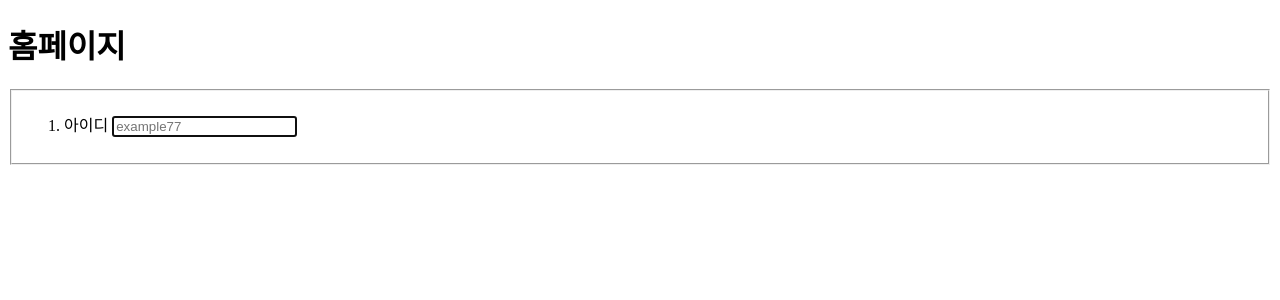
Repository: Cheol-Cheol/KOSA
Page: Kcc_web/Html/WebContent/form.html
An editor plug-in stored every save of this project. The page is shown before and after the next save, followed by the edit.
The browser window is 1280 px wide. The pictures show the whole page.

Above is the page before, as saved 2024-07-08 05:50:25.

After the next save:
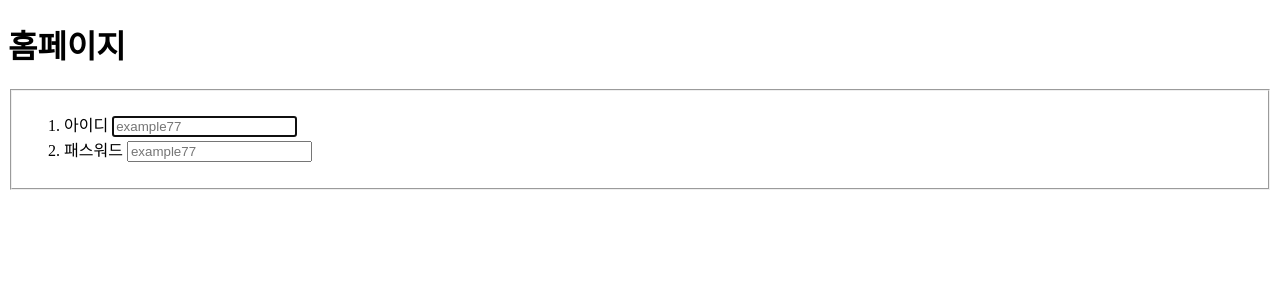
Saved 16 min 55 s later.
--- a/Kcc_web/Html/WebContent/form.html
+++ b/Kcc_web/Html/WebContent/form.html
@@ -10,7 +10,11 @@
 		<fieldset>
 			<ol>
 				<li><label for="id">아이디</label> <input type="text"
-					name="userId" id="id" autofocus="autofocus" placeholder="example77"/></li>
+					name="userId" id="id" autofocus="autofocus" placeholder="example77" />
+				</li>
+				<li><label for="id">패스워드</label> <input type="password"
+					name="userId" id="id" autofocus="autofocus" placeholder="example77" />
+				</li>
 			</ol>
 		</fieldset>
 	</form>
